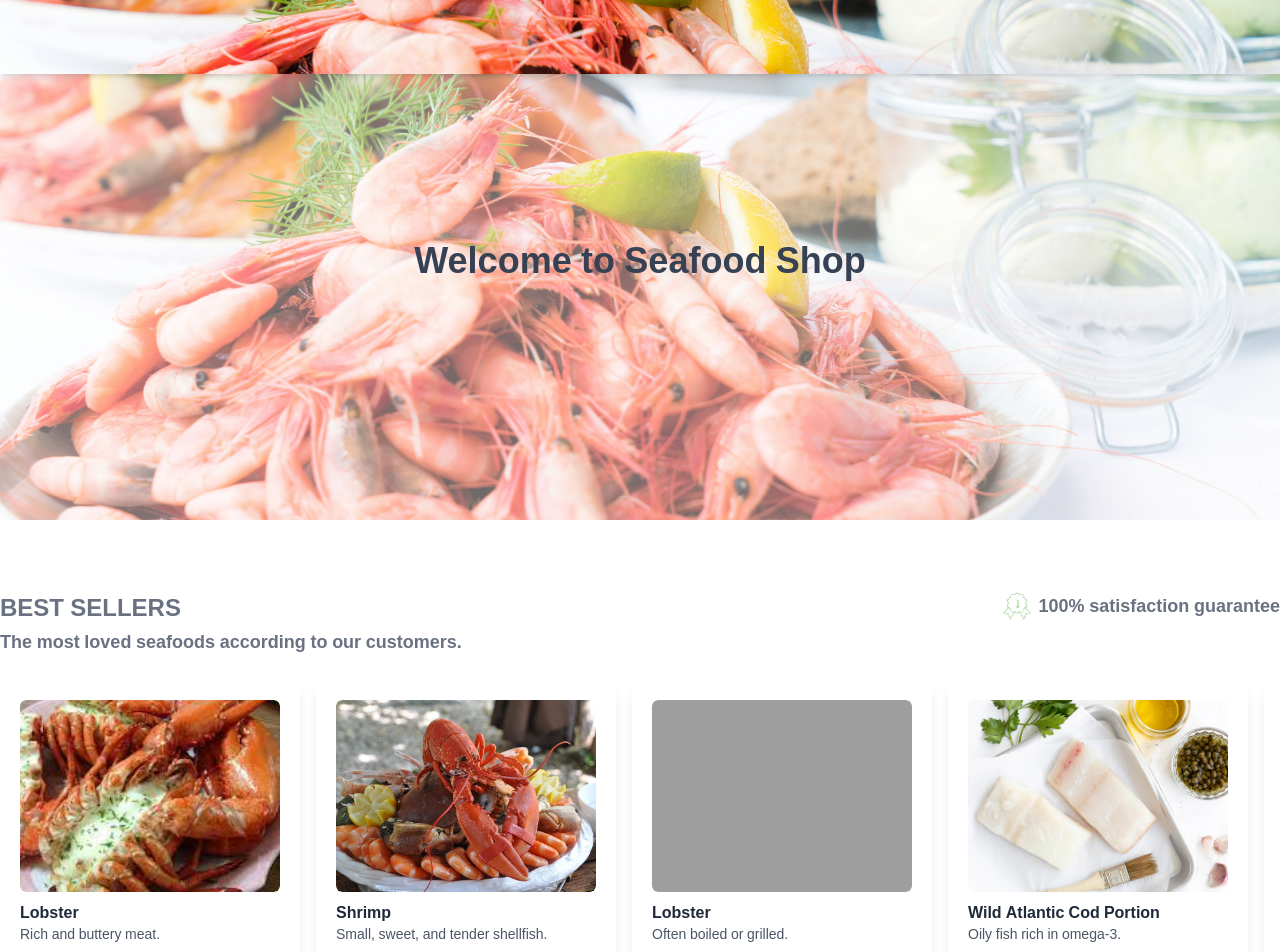
Repository: KongRucifer/SeaFood-Shop
Page: /modules/home/views
The author's editor kept a copy of each file at every save. The page is drawn from the files as they stood at one save, then again after the next save.
The browser window is 1280 px wide. The pictures show the part of the page from y = 0 to 952 px (the page is 3324 px tall).
Pictures or frames that could not be fetched are drawn as grey boxes. The project was rebuilt for these pictures with package versions that can differ from the ones it lists, and the page was loaded fresh each time. The framework's server and built-in components were replaced by stand-ins that run in the browser. Also part of the build but not shown: next.config.ts.

Above is the page before, as saved 2025-06-25 22:10:35.

### src/app/layout.tsx
import type { Metadata } from "next";
import { Geist, Geist_Mono } from "next/font/google";
import "./globals.css";
import Navbar from "@/app/components/Navbar";
import Footer from "@/app/components/Footer";
import { Noto_Sans_Lao } from 'next/font/google';
 const geistSans = Geist({
  variable: "--font-geist-sans",
  subsets: ["latin"],
});

const geistMono = Geist_Mono({
  variable: "--font-geist-mono",
  subsets: ["latin"],
});
const notoSansLao = Noto_Sans_Lao({
  subsets: ['lao'],
  weight: ['400', '700'],
  variable: '--font-noto-sans-lao',
  display: 'swap',
});
export const metadata: Metadata = {
  title: "ຮ້ານຂາຍອາຫານທະເລ - ໜ້າທຳອິດ | Seafood Shop",
  icons: {
    icon: "/images/logoShop.png", // You can also use other formats like PNG
  },
  description:
    "ຮ້ານຂາຍອາຫານທະເລອອນໄລ ໜ້າທຳອິດ ລວມອາຫານທະເລຫຼາກຫຼາຍ ເຊັ່ນ ປາ, ປູ, ກຸ້ງ ແລະ ອາຫານທະເລອື່ນໆ ສາມາດສັ່ງຊື້ໃນເວັບໄຊໄດ້ ມີບໍລິການສົ່ງໄປເຖີງທີ່ ສາມາດເຮັດ ການໂອນເງິນ ທີ່ເວັບໄຊທ໌ຂອງພວກເຮົາ",
  keywords:
    "ອາຫານທະເລ ອອນໄລ, ຮ້ານຂາຍອາຫານທະເລ, ສັ່ງອາຫານທະເລ, ອາຫານທະເລສົ່ງໄວທັນໃຈ",
  authors: [{ name: "kong mong thao" }],
  publisher: "Super Shop SeaFood",
  robots: {
    index: true,
    follow: true,
  },
  openGraph: {
    title: "ຮ້ານຂາຍອາຫານທະເລ - ໜ້າທຳອິດ | Seafood Shop",
    description:
      "ສັ່ງຊື້ອາຫານທະເລ ລາຄາຖືກ ສົ່ງໄວ ທັນໃຈ ສາມາດໂອນເງີນ ປາຍທາງໄດ້",
    url: "http://localhost:3000/images/fish.jpeg",
    siteName: "Seafood Shop",
    locale: "th_TH",
    type: "website",
    images: [
      {
        url: "http://localhost:3000/images/myshopSeafood.jpeg",
        width: 1200,
        height: 630,
        alt: "Food Shop Image",
      },
    ],
  },
  twitter: {
    card: "summary_large_image",
    title: "ຮ້ານຂາຍອາຫານທະເລ - ໜ້າທຳອິດ | Seafood Shop",
    description:
      "ສັ່ງຊື້ອາຫານທະເລ ລາຄາຖືກ ສົ່ງໄວ ທັນໃຈ ມີບໍລິການໂອນເງີນ ປາຍທາງ",
    images: ["http://localhost:3000/images/seafood2.jpeg"],
  },
  alternates: {
    canonical: "https://yourdomain.com/",
  },

}
export const viewport = {
  width: 'device-width',
  initialScale: 1,
};
export default function RootLayout({
  children,
}: Readonly<{
  children: React.ReactNode;
}>) {
  return (
    <html lang="lo" className={notoSansLao.variable}>
      <body
        className={`${geistSans.variable} ${geistMono.variable} antialiased`}
      >
        <Navbar />
        {children}
        <Footer />
      </body>
    </html>
  );
}

### src/app/modules/home/views/page.tsx
import Banner from "@/app/modules/home/components/Banner.component";
import Best_Sellers from "@/app/modules/home/components/Best_Sellers.component";
import Popular_Shellfish from "@/app/modules/home/components/Popular_Shellfish.component";
import Fulton_Finsider from "@/app/modules/home/components/Fulton_Finsider.component";
import Healthy_Meals from "@/app/modules/home/components/Healthy_Meals.component";
export default function Home() {
  return (
    <div className="flex flex-col items-center justify-center ">
      <Banner />
      <Best_Sellers />
      <Popular_Shellfish />
      <Fulton_Finsider />
      <Healthy_Meals />
    </div>
  );
}

### src/app/globals.css
 @import "tailwindcss";
 body {
  font-family: var(--font-noto-sans-lao), sans-serif;
}
@keyframes upDown {
  0% {
    transform: translateY(0);
  }
  50% {
    transform: translateY(-10px);
  }
  100% {
    transform: translateY(0);
  }
}

.hover-updown:hover {
  animation: upDown 1s ease-in-out infinite;
}

### src/app/components/Navbar.tsx
import Link from "next/link";
import Image from "next/image";
export default async function Navbar() {
  return (
    <nav className="bg-white border-gray-200 dark:bg-gray-900 shadow-md fixed top-0 left-0 z-50 w-full">
      <div className="container mx-auto">
        <div className=" flex flex-wrap items-center justify-between  p-4">
          <div className="flex items-center">
            <Image
              src="/images/food.jpg"
              alt="Seafood Banner"
              layout="fill"
              objectFit="cover"

              priority // Ensures it loads quickly
            />
            <span className="self-center text-2xl font-semibold whitespace-nowrap dark:text-white">
              Seafood Shop
            </span>
          </div>
          <div className="flex justify-center items-center md:order-2 gap-10">
            <Link
              href="/"
              className="-pb-1 border-b-2 border-transparent hover:border-green-500 transition"
            >
              Home
            </Link>
            <Link
              href="/"
              className="-pb-1 border-b-2 border-transparent hover:border-green-500 transition"
            >
              About Shop
            </Link>
            <Link
              href="/"
              className="-pb-1 border-b-2 border-transparent hover:border-green-500 transition"
            >
              Contact Us
            </Link>
            <Link
              href="/"
              className="border border-green-500 text-green-500 px-4 py-2 rounded hover:bg-green-50 transition"
            >
              Sign Up
            </Link>
            <Link
              href="/"
              className="border border-green-500 text-green-500 px-4 py-2 rounded hover:bg-green-50 transition"
            >
              Sign In
            </Link>
          </div>
        </div>
      </div>
    </nav>
  );
}

### src/app/components/Footer.tsx
export default async function Footer() {
  return (
    <footer className="bg-black dark:bg-gray-900">
      <div className="max-w-screen-xl mx-auto container pt-4 pb-4 sm:items-center">
        <div>
          <div className="flex flex-col  md:flex-row justify-between  items-start md:items-center space-y-4 md:space-y-0 md:space-x-8 text-white mb-20 mt-15">
            <div>
              <h3 className="mb-5 text-green-500">FULTON FISH MARKET</h3>
              <div>
                <p className="text-md">
                  Opened in 1822, Lak 52 City don&apos;t s Fulton Fish Market is one of{" "}
                </p>
                <p className="text-md">
                  the oldest fish markets in Laos. We offer the world&apos;s
                </p>
                <p className="text-md">
                  largest assortment of seafood online. Order fresh, healthy,
                  and delicious
                </p>
                <p className="text-md">
                  {" "}
                  seafood directly from the market with next-day delivery to
                  your door.
                </p>
              </div>
            </div>
            <div>
              <h3 className="mb-3 text-green-500 ">LEARN ABOUT US</h3>
              <div>
                <ul>
                  <li className="cursor-pointer hover:text-gray-300 transition">
                    Home
                  </li>
                  <li className="cursor-pointer hover:text-gray-300 transition">
                    About Shop
                  </li>
                  <li className="cursor-pointer hover:text-gray-300 transition">
                    Contact Us
                  </li>
                  <li className="cursor-pointer hover:text-gray-300 transition">
                    Privacy Policy
                  </li>
                  <li className="cursor-pointer hover:text-gray-300 transition">
                    Terms of Service
                  </li>
                </ul>
              </div>
            </div>
            <div className="xl:-mt-10 lg:-mt-10 sm:mt-10 md:-mt-13    ">
              <div className="mb-2 text-green-500 flex items-center gap-1">
                <img
                  src="/images/star.png"
                  alt="no image star"
                  className="-mt-5"
                />
                <h3>SEAFOOD SHOP</h3>
              </div>
              <div>
                <h3 className="mb-5 text-green-500 items-center">Follow us</h3>
                <ul className="flex space-x-4 content-center">
                  <li>
                    <a
                      href="https://www.facebook.com"
                      target="_blank"
                      rel="noopener noreferrer"
                    >
                      <img
                        src="/images/facebook.png"
                        alt="Facebook"
                        className="w-6 h-6"
                      />
                    </a>
                  </li>
                  <li>
                    <a
                      href="https://www.instagram.com"
                      target="_blank"
                      rel="noopener noreferrer"
                    >
                      <img
                        src="/images/instagram.png"
                        alt="Instagram"
                        className="w-6 h-6"
                      />
                    </a>
                  </li>
                  <li>
                    <a
                      href="https://www.twitter.com"
                      target="_blank"
                      rel="noopener noreferrer"
                    >
                      <img
                        src="/images/twitter.png"
                        alt="Twitter"
                        className="w-6 h-6"
                      />
                    </a>
                  </li>
                </ul>
              </div>
            </div>
          </div>
          <div className="text-center text-gray-500 dark:text-gray-400">
            © {new Date().getFullYear()} Seafood Shop. All rights reserved.
          </div>
        </div>
      </div>
    </footer>
  );
}

### src/app/modules/home/components/Banner.component.tsx
import Image from "next/image";

export default function Banner() {
  return (
    <div className="relative w-full h-[520px] overflow-hidden mb-10">
      <Image
        src="/images/food.jpg"
        alt="no image seafood"
        layout="fill"
        objectFit="cover"
        className="opacity-60"
        priority
      />
      <h1 className="relative z-10 flex items-center justify-center h-full text-4xl font-bold text-gray-700">
        Welcome to Seafood Shop
      </h1>
    </div>
  );
}

### src/app/modules/home/components/Best_Sellers.component.tsx
import Image from "next/image";

export default function Best_Sellers() {
  return (
    <div className="container mx-auto py-8 mb-10">
      <div className="flex justify-between items-start">
        <div>
          <h1 className="text-2xl font-bold mb-1 text-gray-500">BEST SELLERS</h1>
          <h2 className="text-lg font-bold mb-6 text-gray-500">
            The most loved seafoods according to our customers.
          </h2>
        </div>
        <div className="flex items-center space-x-2">
          <Image
            src="/images/firstCheer.png"
            alt="Satisfaction Guarantee"
            width={28}
            height={28}
          />
          <span className="text-lg font-bold text-gray-500">
            100% satisfaction guarantee
          </span>
        </div>
      </div>

      <div className="flex overflow-x-auto space-x-4 pb-4">
        {/* Card template */}
        {[
          {
            title: "Lobster",
            desc: "Rich and buttery meat.",
            price: "$30",
            img: "/images/kabpum.jpeg",
          },
          {
            title: "Shrimp",
            desc: "Small, sweet, and tender shellfish.",
            price: "$20",
            img: "/images/koobcws.jpg",
          },
          {
            title: "Lobster",
            desc: "Often boiled or grilled.",
            price: "$30",
            img: "/images/kapu.jpg",
          },
          {
            title: "Wild Atlantic Cod Portion",
            desc: "Oily fish rich in omega-3.",
            price: "$40",
            img: "/images/fishwhite.webp",
          },
          {
            title: "Wild Colossal Blue Shrimp",
            desc: "Small, sweet, and tender shellfish.",
            price: "$50",
            img: "/images/food.jpg",
          },
        ].map((item, index) => (
          <div
            key={index}
            className="w-75 flex-shrink-0 bg-white rounded-lg shadow-lg p-5 transform transition duration-300 hover:scale-105"
          >
            <div className="overflow-hidden rounded-md relative w-full h-48">
              <Image
                src={item.img}
                alt={item.title}
                layout="fill"
                objectFit="cover"
                className="rounded-md"
              />
            </div>
            <div className="mt-2">
              <h4 className="font-semibold text-gray-800">{item.title}</h4>
              <p className="text-sm text-gray-600">{item.desc}</p>
              <p className="text-sm text-green-500 mt-1">price: {item.price}</p>
            </div>
            <div className="flex justify-center mt-4">
              <button className="min-w-[200px] rounded-lg shadow-lg p-5 cursor-pointer bg-green-500 hover:bg-green-700 text-white transform transition duration-300 hover:scale-105">
                Add To Cart
              </button>
            </div>
          </div>
        ))}
      </div>
    </div>
  );
}

### src/app/modules/home/components/Popular_Shellfish.component.tsx
import Image from "next/image";

export default async function Popular_Shellfish() {
  return (
    <div className="container mx-auto py-8">
      <div>
        <h1 className="text-2xl font-bold mb-1 text-gray-500">
          SHRIMP, SCALLOPS & LOBSTERS
        </h1>
        <h2 className="text-lg font-bold mb-6 text-gray-500">
          The most popular shellfish in the sea.
        </h2>
      </div>

      <div className="flex overflow-x-auto space-x-4 pb-4">
        {/* Card 1 */}
        <div className="w-[300px] flex-shrink-0 bg-white rounded-lg shadow-lg p-5 transform transition duration-300 hover:scale-105">
          <Image
            src="/images/content3food.webp"
            alt="Scallops"
            width={300}
            height={192}
            className="w-full h-48 object-cover rounded-md"
          />
          <div className="mt-2">
            <h4 className="font-semibold text-gray-800">Scallops</h4>
            <p className="text-sm text-gray-600">Wild-caught from cold North waters</p>
            <p className="text-sm text-green-500 mt-1">price: $70</p>
          </div>
          <div className="flex justify-center mt-4">
            <button className="min-w-[200px] rounded-lg shadow-lg p-5 cursor-pointer bg-green-500 hover:bg-green-700 text-white transition duration-300 hover:scale-105">
              Add To Cart
            </button>
          </div>
        </div>

        {/* Card 2 */}
        <div className="w-[300px] flex-shrink-0 bg-white rounded-lg shadow-lg p-5 transform transition duration-300 hover:scale-105">
          <Image
            src="/images/content3foodd.webp"
            alt="Deveined Blue Shrimp"
            width={300}
            height={192}
            className="w-full h-48 object-cover rounded-md"
          />
          <div className="mt-2">
            <h4 className="font-semibold text-gray-800">Deveined Blue Shrimp</h4>
            <p className="text-sm text-gray-600">Small, sweet, and tender shellfish</p>
            <p className="text-sm text-green-500 mt-1">price: $75</p>
          </div>
          <div className="flex justify-center mt-4">
            <button className="min-w-[200px] rounded-lg shadow-lg p-5 cursor-pointer bg-green-500 hover:bg-green-700 text-white transition duration-300 hover:scale-105">
              Add To Cart
            </button>
          </div>
        </div>

        {/* Card 3 */}
        <div className="w-[300px] flex-shrink-0 bg-white rounded-lg shadow-lg p-5 transform transition duration-300 hover:scale-105">
          <Image
            src="/images/content3fooddd.jpg"
            alt="Deveined Shrimp"
            width={300}
            height={192}
            className="w-full h-48 object-cover rounded-md"
          />
          <div className="mt-2">
            <h4 className="font-semibold text-gray-800">Deveined Shrimp</h4>
            <p className="text-sm text-gray-600">Sweet, and tender shellfish</p>
            <p className="text-sm text-green-500 mt-1">price: $70</p>
          </div>
          <div className="flex justify-center mt-4">
            <button className="min-w-[200px] rounded-lg shadow-lg p-5 cursor-pointer bg-green-500 hover:bg-green-700 text-white transition duration-300 hover:scale-105">
              Add To Cart
            </button>
          </div>
        </div>

        {/* Card 4 */}
        <div className="w-[300px] flex-shrink-0 bg-white rounded-lg shadow-lg p-5 transform transition duration-300 hover:scale-105">
          <Image
            src="/images/content3fooddt.webp"
            alt="Wild Lobster Tails"
            width={300}
            height={192}
            className="w-full h-48 object-cover rounded-md"
          />
          <div className="mt-2">
            <h4 className="font-semibold text-gray-800">Wild Lobster Tails</h4>
            <p className="text-sm text-gray-600">Served with melted butter.</p>
            <p className="text-sm text-green-500 mt-1">price: $90</p>
          </div>
          <div className="flex justify-center mt-4">
            <button className="min-w-[200px] rounded-lg shadow-lg p-5 cursor-pointer bg-green-500 hover:bg-green-700 text-white transition duration-300 hover:scale-105">
              Add To Cart
            </button>
          </div>
        </div>

        {/* Card 5 */}
        <div className="w-[300px] flex-shrink-0 bg-white rounded-lg shadow-lg p-5 transform transition duration-300 hover:scale-105">
          <Image
            src="/images/seafood2.jpeg"
            alt="Mackerel"
            width={300}
            height={192}
            className="w-full h-48 object-cover rounded-md"
          />
          <div className="mt-2">
            <h4 className="font-semibold text-gray-800">Mackerel</h4>
            <p className="text-sm text-gray-600">A flavorful, oily fish rich in omega-3</p>
            <p className="text-sm text-green-500 mt-1">price: $90</p>
          </div>
          <div className="flex justify-center mt-4">
            <button className="min-w-[200px] rounded-lg shadow-lg p-5 cursor-pointer bg-green-500 hover:bg-green-700 text-white transition duration-300 hover:scale-105">
              Add To Cart
            </button>
          </div>
        </div>
      </div>
    </div>
  );
}

### src/app/modules/home/components/Fulton_Finsider.component.tsx
import Image from "next/image";

export default function Fulton_Finsider() {
  return (
    <div className="relative w-full h-[40rem] overflow-hidden mb-10">
      {/* Background Image */}
      <div className="absolute w-full h-full">
        <Image
          src="/images/celender2.png"
          alt="Seafood background"
          layout="fill"
          objectFit="cover"
          quality={90}
        />
      </div>

      {/* Content Layer */}
      <div className="relative z-10 flex flex-col md:flex-row items-center justify-start h-full text-center px-4 md:px-10 text-gray-800 bg-black/30">
        {/* Card 1 */}
        <div className="max-w-sm rounded-xl p-6 m-4 shadow-lg bg-white/10">
          <div className="w-20 h-20 bg-white rounded-full flex items-center justify-center mx-auto mb-4 shadow">
            <Image
              src="/images/puss.png"
              alt="Seafood Icon"
              width={48}
              height={48}
              className="hover-updown"
            />
          </div>
          <h2 className="text-xl font-semibold mb-2 text-white">Dive In & Explore</h2>
          <p className="text-sm mb-2 text-gray-300">
            Craving buttery scallops, sushi-grade tuna, or wild-caught salmon?
            We’ve got the best, chef-quality seafood ready for your table!
          </p>
          <p className="text-sm mb-4 font-medium text-white">
            Pro Tip: Not sure what to try first?
          </p>
          <button className="px-4 py-2 bg-white border border-gray-300 text-gray-600 rounded hover:bg-gray-100 transition">
            OUR BEST SELLERS
          </button>
        </div>

        {/* Card 2 */}
        <div className="max-w-sm rounded-xl p-6 m-4 shadow-lg bg-white/10">
          <div className="w-20 h-20 bg-white rounded-full flex items-center justify-center mx-auto mb-4 shadow">
            <Image
              src="/images/pass.png"
              alt="Seafood Icon"
              width={48}
              height={48}
              className="hover-updown"
            />
          </div>
          <h2 className="text-xl font-semibold mb-2 text-white">Make Your Catch</h2>
          <p className="text-sm mb-2 text-gray-300">
            Love fresh seafood? Set it and forget it! Subscribe for savings, VIP
            perks, and exclusive gifts—no effort required!
          </p>
          <p className="text-sm mb-4 font-medium text-white">
            Save 15% or more on every order!
          </p>
          <button className="px-4 py-2 bg-white border border-gray-300 text-gray-600 rounded hover:bg-gray-100 transition">
            SUBSCRIBE & SAVE
          </button>
        </div>

        {/* Card 3 */}
        <div className="max-w-sm rounded-xl p-6 m-4 shadow-lg bg-white/10">
          <div className="w-20 h-20 bg-white rounded-full flex items-center justify-center mx-auto mb-4 shadow">
            <Image
              src="/images/puss.png"
              alt="Seafood Icon"
              width={48}
              height={48}
              className="hover-updown"
            />
          </div>
          <h2 className="text-xl font-semibold mb-2 text-white">Reel It In</h2>
          <p className="text-sm mb-2 text-gray-300">
            Our seafood ships fast, freshly-frozen, and packed with care in
            eco-friendly materials. No more guessing how long that store-bought
            fish has been hanging around!
          </p>
          <p className="text-sm mb-4 font-medium text-white">
            Worried about cooking? Don’t be!
          </p>
          <button className="px-4 py-2 bg-white border border-gray-300 text-gray-600 rounded hover:bg-gray-100 transition">
            TIPS & RECIPES
          </button>
        </div>
      </div>
    </div>
  );
}

Loaded but not shown: src/app/modules/home/components/Healthy_Meals.component.tsx (136 lines, source omitted)

After the next save:
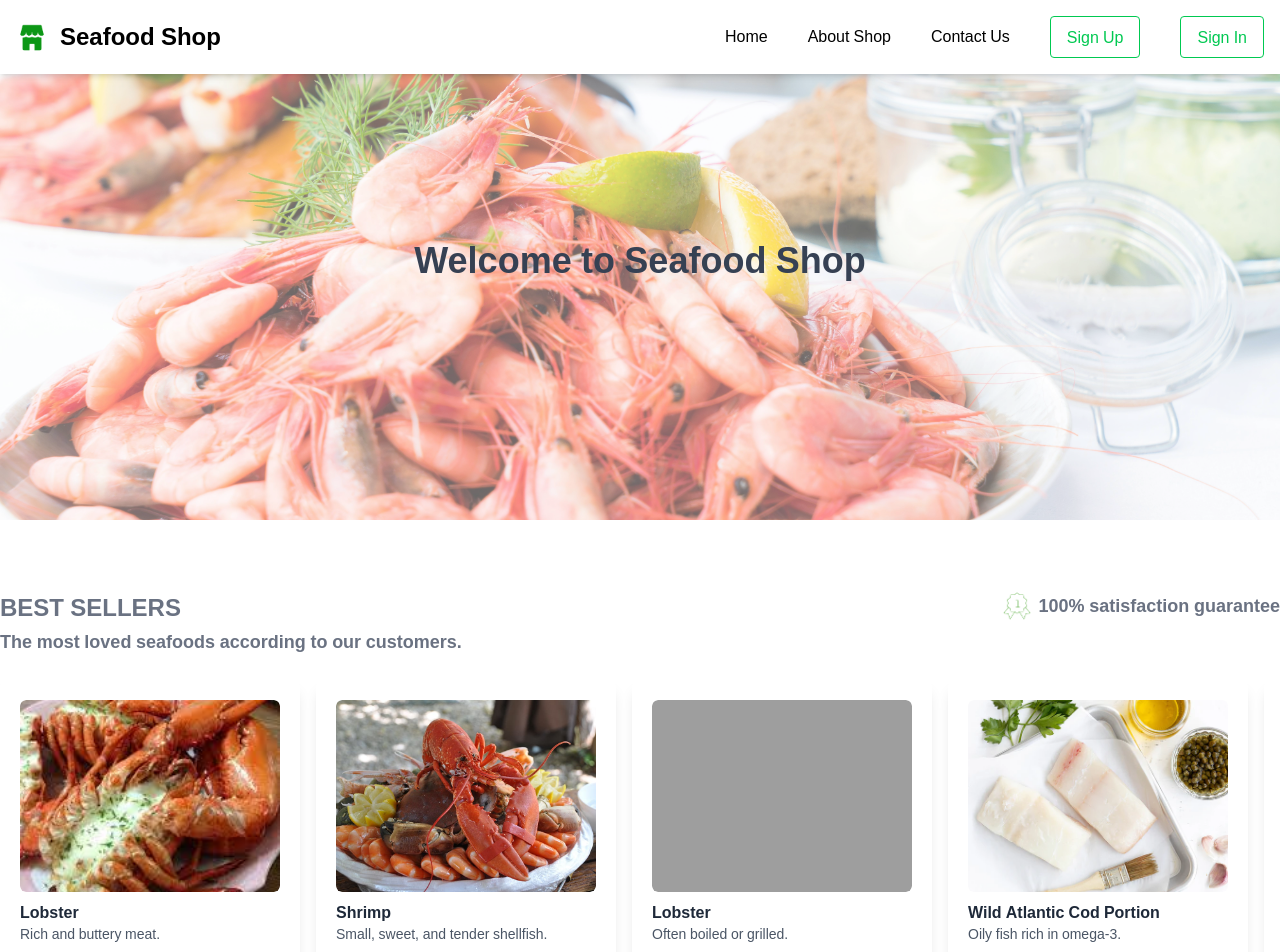
Saved 46 s later.
--- a/src/app/components/Navbar.tsx
+++ b/src/app/components/Navbar.tsx
@@ -1,18 +1,15 @@
 import Link from "next/link";
-import Image from "next/image";
+
 export default async function Navbar() {
   return (
     <nav className="bg-white border-gray-200 dark:bg-gray-900 shadow-md fixed top-0 left-0 z-50 w-full">
       <div className="container mx-auto">
         <div className=" flex flex-wrap items-center justify-between  p-4">
           <div className="flex items-center">
-            <Image
-              src="/images/food.jpg"
-              alt="Seafood Banner"
-              layout="fill"
-              objectFit="cover"
-
-              priority // Ensures it loads quickly
+            <img
+              src="/images/lets-icons_shop.png"
+              className="h-8 mr-3"
+              alt="Seafood Shop Logo"
             />
             <span className="self-center text-2xl font-semibold whitespace-nowrap dark:text-white">
               Seafood Shop
